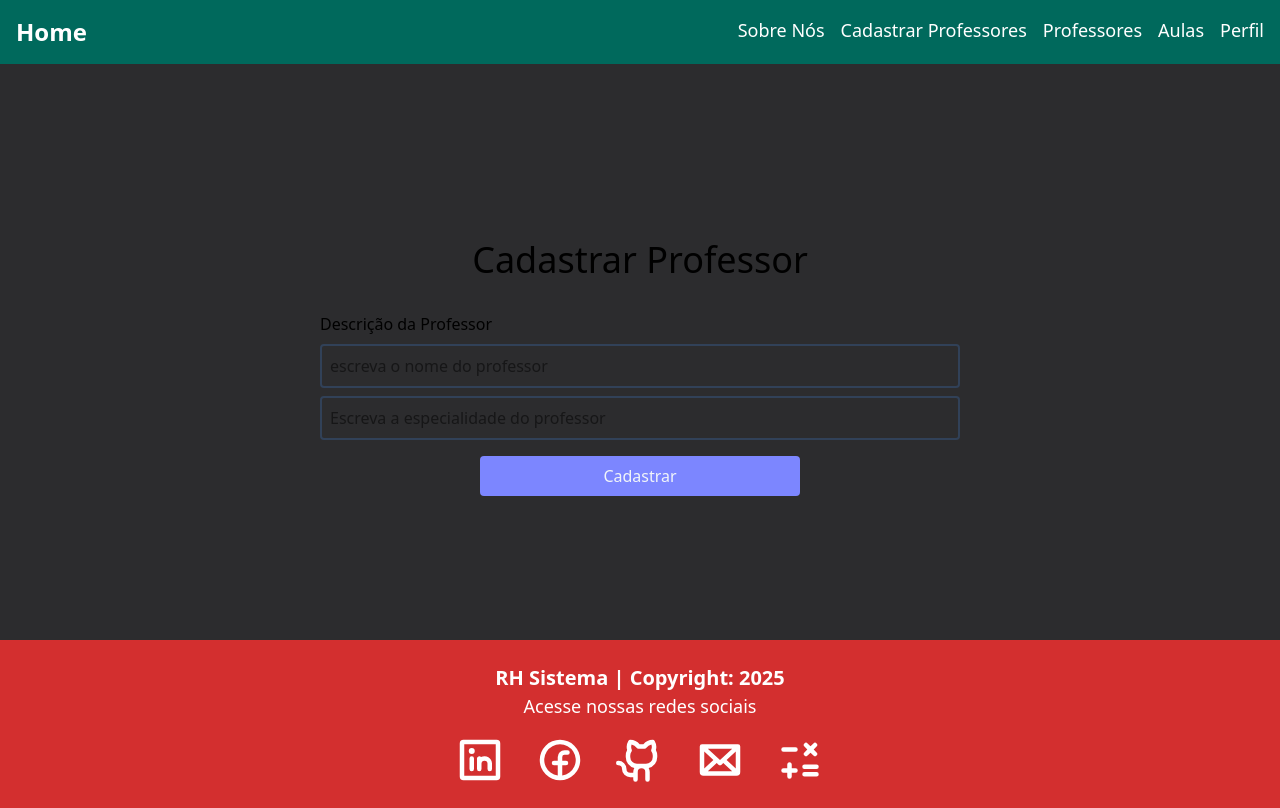
Repository: Projeto-Integrador01/burning-gym-front
Page: /cadastrarprofessor
These files come from the project's save history. The page is drawn as it stood at one moment and after a run of saves; the edit follows.
The browser window is 1280 px wide. The pictures show the whole page.
The project was rebuilt for these pictures with package versions that can differ from the ones it lists, and the page was loaded fresh each time. Also part of the build but not shown: vite.config.ts, src/pages/home/Home.tsx, src/components/grupo/cardgrupo/CardGrupo.tsx, src/pages/home/Grupo.tsx, src/components/perfil/cardperfil/CardPerfil.tsx, src/pages/perfil/Perfil.tsx, src/components/professor/cardprofessor/CardProfessor.tsx, src/components/professor/listaprofessor/ListaProfessor.tsx and 1 more.

Above is the page before, as saved 2025-02-26 15:53:23.

### src/App.tsx
import { BrowserRouter, Routes, Route } from "react-router-dom";
import Navbar from "./components/navbar/Navbar";
import Footer from "./components/footer/Footer";
import Home from "./pages/home/Home";
import Grupo from "./pages/home/Grupo";
import Perfil from "./pages/perfil/Perfil";
import ListaProfessor from "./components/professor/listaprofessor/ListaProfessor";
import FormProfessor from "./components/professor/formprofessor/FormProfessor";
import DeletarProfessor from "./components/professor/deletarprofessor/DeletarProfessor";


function App() {
  return (
    <BrowserRouter>
      <Navbar />
      <div className="min-h-[80vh] flex flex-col items-center justify-center bg-[#2C2C2E]">
        <Routes>
          <Route path="/home" element={<Home />} />
          <Route path="/sobre" element={<Grupo />} />
          <Route path="/perfil/3" element={<Perfil />} />
          <Route path="/professores" element={<ListaProfessor />} />
          <Route path="/cadastrarprofessor" element={<FormProfessor />} />
          <Route path="/editarprofessor/:id" element={<FormProfessor />} />
          <Route path="/deletarprofessor/:id" element={<DeletarProfessor />} />

        </Routes>
      </div>
      <Footer />
    </BrowserRouter>
  );
}

export default App;

### src/components/navbar/Navbar.tsx
import { Link } from "react-router-dom";

function Navbar() {
  return (
    <div className="w-full text-white flex justify-center py-4 bg-[rgb(0,105,92)] px-4">
      <div className="container flex justify-between text-lg">
        <Link to="/home" className="text-2xl font-bold text-white hover:text-gray-300">
          Home
        </Link>

        <div className="flex gap-4">
          <Link to="/sobre" className="text-white hover:text-gray-300">
            Sobre Nós
          </Link>
          <Link to="/cadastrarprofessor" className=" hover:text-gray-300">
            Cadastrar Professores
          </Link>
          <Link to="/professores" className=" hover:text-gray-300">
            Professores
          </Link>
          <Link to="/aulas" className=" hover:text-gray-300">
            Aulas
          </Link>
          <Link to="/perfil" className=" hover:text-gray-300">
            Perfil
          </Link>
        </div>
      </div>
    </div>
  );
}

export default Navbar;

### src/components/footer/Footer.tsx
import {
    FacebookLogo,
    GithubLogo,
    LinkedinLogo,
    MathOperations,
  } from "@phosphor-icons/react";
  import { Envelope } from "@phosphor-icons/react/dist/ssr";

  function Footer() {
    const data = new Date().getFullYear();

    return (
      <div className="bg-[#D32F2F] text-white">
        <div className="container mx-auto py-6 flex flex-col items-center">
          <p className="text-xl font-bold text-center">
            RH Sistema | Copyright: {data}
          </p>
          <p className="text-lg text-center mb-4">Acesse nossas redes sociais</p>
          <div className="flex gap-8 justify-center">
            <LinkedinLogo size={48} weight="bold" className= "hover:scale-110 hover:text-gray-300 transition-transform duration-300"/>
            <FacebookLogo size={48} weight="bold" className= "hover:scale-110 hover:text-gray-300 transition-transform duration-300" />
            <a href="https://github.com/Projeto-Integrador01" target="_blank">
            <GithubLogo size={48} weight="bold" className= "hover:scale-110 hover:text-gray-300 transition-transform duration-300" /></a>
            <a href="mailto:grupo1generation79@gmail.com?subject=Assunto%20do%20email&body=Mensagem%20aqui" target="_blank">
            <Envelope size={48} weight="bold" className= "hover:scale-110 hover:text-gray-300 transition-transform duration-300" /></a>
            <a href="https://doi.org/10.1590/S0034-89101992000600009" target="_blank">
            <MathOperations size={48} weight="bold" className= "hover:scale-110 hover:text-gray-300 transition-transform duration-300"/></a>
          </div>
        </div>
      </div>
    );
  }

  export default Footer;

### src/components/professor/formprofessor/FormProfessor.tsx
import { ChangeEvent, useEffect, useState } from "react";
import { useNavigate, useParams } from "react-router-dom";
import { Professor } from "../../../models/Professor";
import { atualizar, buscar, cadastrar } from "../../../services/Service";



function FormProfessor(){
    const navigate = useNavigate();

    const[professor, setProfessor] = useState<Professor>({} as Professor);

    const [isLoading, setIsloading] = useState<boolean>(false)

    const { id } = useParams<{id: string}>();



    async function buscarPorId(id: string) {
        try {
          await buscar(`/professor/${id}`, setProfessor);
        } catch (error: any) {
          alert("Erro ao buscar por id");
        }
      }


      useEffect(() => {
        if (id !== undefined) {
          buscarPorId(id);
        }
      }, [id]);


      function atualizarEstado(e: ChangeEvent<HTMLInputElement>) {
        setProfessor({
          ...professor,
          [e.target.name]: e.target.value,
        });
      }

      function retornar() {
        navigate("/professores");
      }


      async function gerarNovoProfessor(e: ChangeEvent<HTMLFormElement>) {
        e.preventDefault();

        setIsloading(true);



        if (id !== undefined) {
          try {
            await atualizar(`/professor`, professor, setProfessor);
            alert("Professor foi atualizado com sucesso!");
          } catch (error: any) {
            if (error.toString().includes("403")) {
            } else {
              alert("Erro ao atualizar a catergoria!");
            }
          }
        } else {
          try {
            await cadastrar(`/professor`, professor, setProfessor);
            alert("Professor cadastrado com sucesso!");
          } catch (error: any) {
            if (error.toString().includes("403")) {
              alert("Erro ao cadastrar");
            } else {
              alert("Erro ao cadastrar o professor!");
            }
          }
        }

        setIsloading(false);
        retornar();
      }

      return (
        <div className="container flex flex-col items-center justify-center mx-auto">
          <h1 className="text-4xl text-center my-8">
            {id ? "Atualizar Professor" : "Cadastrar Professor"}
          </h1>

          <form
            onSubmit={gerarNovoProfessor}
            className="w-1/2 flex flex-col gap-4"
          >
            <div className="flex flex-col gap-2">
              <label htmlFor="descricao">Descrição da Professor</label>
              <input
                type="text"
                name="nome"
                value={professor.nome || ""}
                onChange={atualizarEstado}
                placeholder="escreva o nome do professor"
                className="border-2 border-slate-700 rounded p-2"
              />
               <input
                type="text"
                name="especialidade"
                value={professor.especialidade || ""}
                onChange={atualizarEstado}
                placeholder="Escreva a especialidade do professor"
                className="border-2 border-slate-700 rounded p-2"
              />
            </div>

            <button
              className="rounded text-slate-100 bg-indigo-400 hover:bg-indigo-800 w-1/2 py-2 mx-auto flex justify-center"
              type="submit"
            >
              {isLoading ? "Carregando..." : id ? "Atualizar" : "Cadastrar"}
            </button>
          </form>
        </div>
      );

}

export default FormProfessor;

### src/services/Service.ts
import axios from "axios";

const api = axios.create({
  baseURL: "https://burning-gym.onrender.com/",
});

export const buscar = async (url: string, setDados: Function) => {
  const resposta = await api.get(url);
  setDados(resposta.data);
};

export const cadastrar = async (
  url: string,
  dados: object,
  setDados: Function
) => {
  const resposta = await api.post(url, dados);
  setDados(resposta.data);
};

export const atualizar = async (
  url: string,
  dados: object,
  setDados: Function
) => {
  const resposta = await api.put(url, dados);
  setDados(resposta.data);
};

export const deletar = async (url: string) => {
  await api.delete(url);
};

Loaded but not shown: index.html (common file); src/main.tsx (common file); src/index.css (common file)

After the next 2 saves:
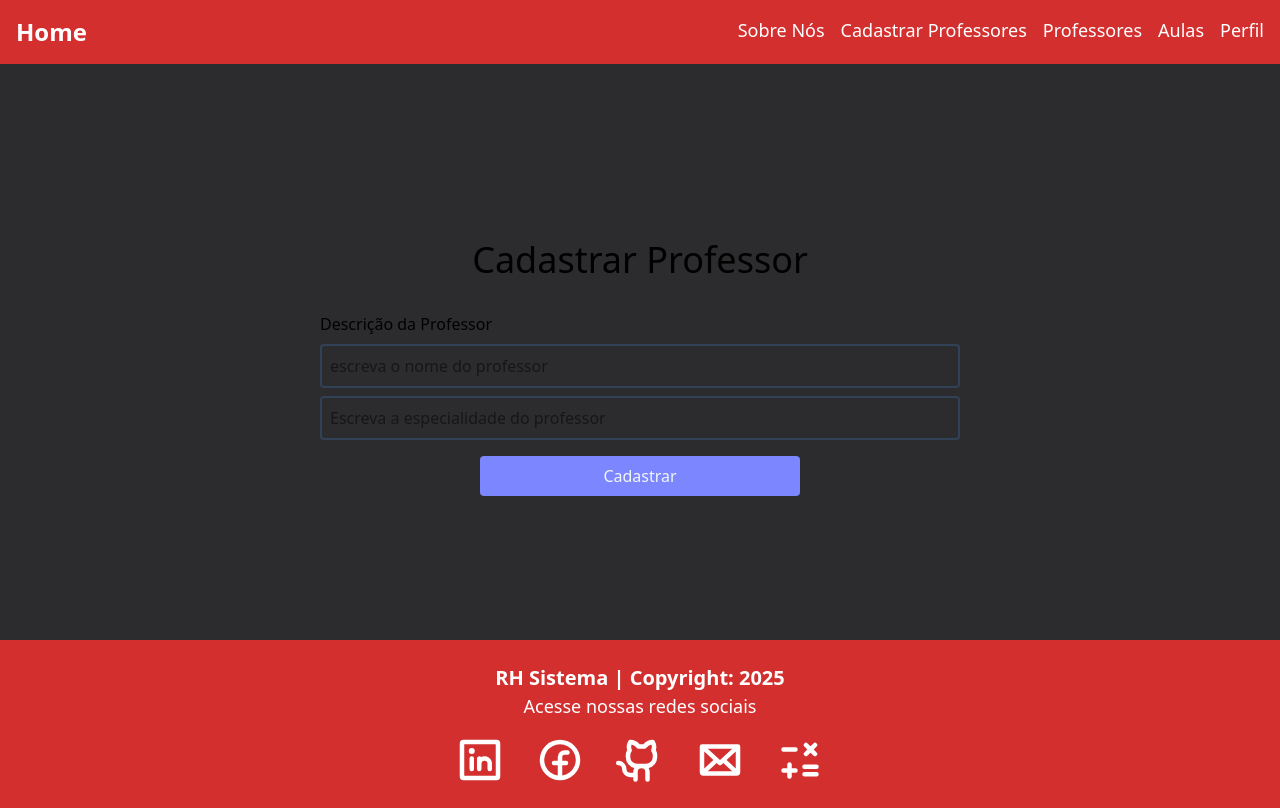
The 2 saves are shown as one change because 1 did not build or start.
The last was saved 96 s later.
--- a/src/components/navbar/Navbar.tsx
+++ b/src/components/navbar/Navbar.tsx
@@ -2,26 +2,26 @@ import { Link } from "react-router-dom";
 
 function Navbar() {
   return (
-    <div className="w-full text-white flex justify-center py-4 bg-[rgb(0,105,92)] px-4">
+    <div className="w-full text-white flex justify-center py-4 bg-[#D32F2F] px-4">
       <div className="container flex justify-between text-lg">
-        <Link to="/home" className="text-2xl font-bold text-white hover:text-gray-300">
+        <Link to="/home" className="text-2xl font-bold text-white hover:scale-110 hover:text-gray-300">
           Home
         </Link>
 
         <div className="flex gap-4">
-          <Link to="/sobre" className="text-white hover:text-gray-300">
+          <Link to="/sobre" className="text-white hover:scale-110 hover:text-gray-300">
             Sobre Nós
           </Link>
-          <Link to="/cadastrarprofessor" className=" hover:text-gray-300">
+          <Link to="/cadastrarprofessor"  className=" hover:scale-110 hover:text-gray-300">
             Cadastrar Professores
           </Link>
           <Link to="/professores" className=" hover:text-gray-300">
             Professores
           </Link>
-          <Link to="/aulas" className=" hover:text-gray-300">
+          <Link to="/aulas" className=" hover:scale-110 hover:text-gray-300">
             Aulas
           </Link>
-          <Link to="/perfil" className=" hover:text-gray-300">
+          <Link to="/perfil/3" className=" hover:scale-110 hover:text-gray-300">
             Perfil
           </Link>
         </div>
